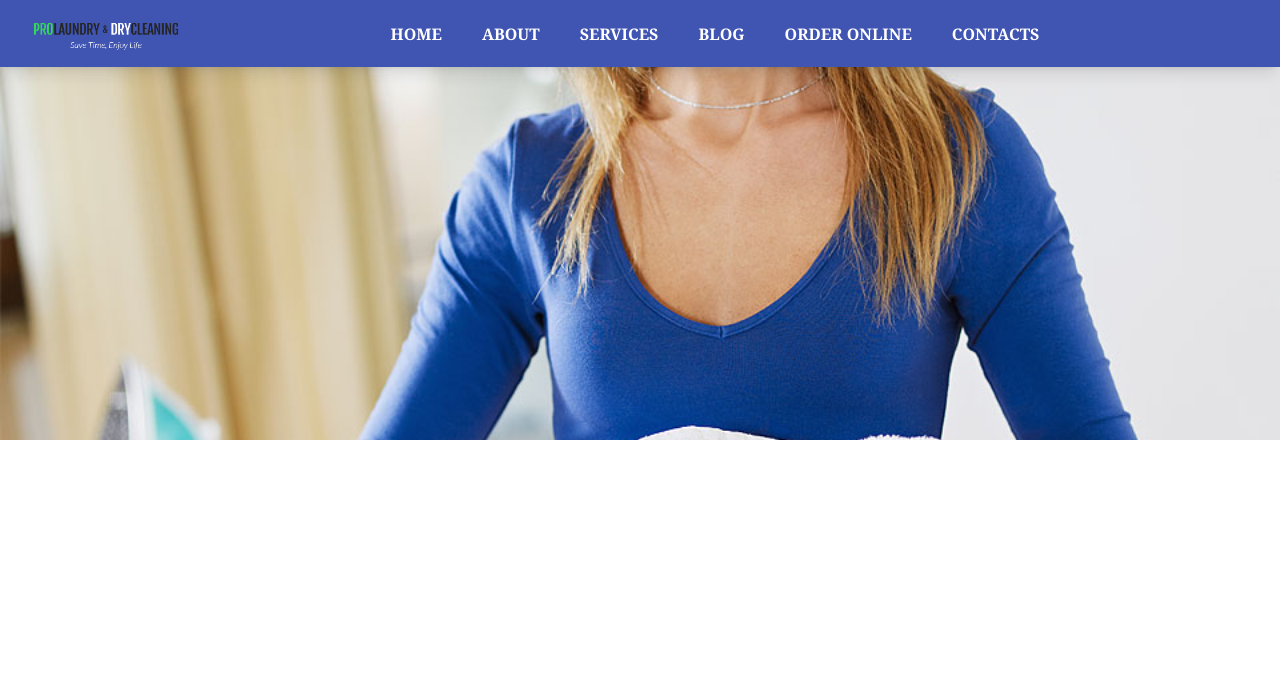
Repository: remydev47/smartlaundry
Page: /
The author's editor kept a copy of each file at every save. The page is drawn from the files as they stood at one save, then again after the next save.
The browser window is 1280 px wide. The pictures show the whole page.
The project was rebuilt for these pictures with package versions that can differ from the ones it lists, and the page was loaded fresh each time. The framework's server and built-in components were replaced by stand-ins that run in the browser. Also part of the build but not shown: next.config.js, components/Services.tsx, components/Steps.tsx, components/Commercial.tsx, components/Prices.tsx, components/Banner.tsx, components/Reasons.tsx, components/Testimonial.tsx and 2 more.

Above is the page before, as saved 2022-10-24 15:08:11.

### pages/_app.tsx
import '../styles/globals.css'
import type { AppProps } from 'next/app'
import Header from '../components/Header'
import Logo from '../components/Logo'

function MyApp({ Component, pageProps }: AppProps) {
  return (
    <>

     <Header />
     <Component {...pageProps} />
    </>
  )
}

export default MyApp

### pages/index.tsx
import type { NextPage } from 'next'
import Head from 'next/head'
import Image from 'next/image'
import { Hero } from '../components'

const Home: NextPage = () => {
  return (
    <div>
      <Head>
        <title>Smart Laundry</title>
        <link rel="icon" href="/favicon.ico" />
      </Head>
      <Hero />


    </div>
  )
}

export default Home

### components/Header.tsx
import React from 'react';
import { navLinks } from '../constants';
import Menupopover from './Menupopover';
import Image from 'next/image';
import Logo from './Logo';

const Header = () => {
  return (
    <header className="fixed inset-x-0 bg-[#4054B2] z-20 flex justify-between items-center py-2 px-2 shadow-lg dark:bg-slate-900 sm:py-3 sm:px-8">
            <div className='flex grow-0 basis-1/3 md:hidden'>
                <Menupopover />
            </div>

             <div className='flex grow-0 justify-center md:justify-start'>
                <Logo />

            </div>


            <ul className="list-none sm:flex hidden justify-center items-center flex-1">
            {navLinks.map((nav, index) => (
                <li
                key={nav.id}
                className={`font-serif font-bold cursor-pointer text-[16px]
                   ${index === navLinks.length - 1 ? 'mr-0' : 'mr-10'}
                  text-white `}
                >
                    <a>{nav.title}</a>
                </li>
            ))}
           </ul>

        </header>
  )
}

export default Header

### components/index.ts
import Hero from "./Hero";
import Services from "./Services";
import Steps from "./Steps";
import Commercial from "./Commercial";
import Prices from "./Prices";
import Banner from "./Banner";
import Reasons from "./Reasons";
import Testimonial from "./Testimonial";
import Pricing from "./Pricing";
import Footer from "./Footer";

export{
    Hero, Services, Steps, Commercial, Prices, Banner, Reasons, Testimonial, Pricing, Footer
}

### constants/index.ts
export const navLinks =[
    {
        id:"home",
        title:"HOME",
    },
    {
        id:"about",
        title:"ABOUT",
    },
    {
        id:"services",
        title:"SERVICES",
    },
    {
        id:"blog",
        title:"BLOG",
    },
    {
        id:"order online",
        title:"ORDER ONLINE",
    },
    {
        id:"contacts",
        title:"CONTACTS",
    },
]

### components/Menupopover.tsx
import React, {useState, Fragment} from 'react';
import { navLinks } from '../constants';
import { IconButton, Button } from './Button';
import { Transition, Dialog } from '@headlessui/react';
import Logo from './Logo';
import Image from 'next/image';

const Menupopover = () => {
  const [isOpen, setIsOpen] = useState(false)

  return (
    <div>
    <IconButton
      variant='ghost'
      aria-label='menu'
      onClick={() => setIsOpen(!isOpen)}
    >
      <svg className='h-6 w-6 ' fill='none' stroke='currentColor'>
        <path
          strokeLinecap='round'
          strokeLinejoin='round'
          strokeWidth={2}
          d='M4 6h16M4 12h16M4 18h16'
        />
      </svg>
    </IconButton>
    <Transition
      show={isOpen}
      appear
      as={Fragment}
      enter='transform transition ease-in-out duration-300'
      enterFrom='-translate-x-full'
      enterTo='translate-x-0'
      leave='transform transition ease-in-out duration-300 delay-200'
      leaveFrom='translate-x-0'
      leaveTo='-translate-x-full'
     >
     <Dialog
       as='div'
       className={`fixed inset-0 z-50`}
       onClose={setIsOpen}
       open={isOpen}
       >
       <Transition.Child
         as={Fragment}
         enter='ease-out duration-300 delay-300'
         enterFrom='opacity-0'
         enterTo='opacity-100'
         leave='ease-in duration-200'
         leaveFrom='opacity-100'
         leaveTo='opacity-0'
       >

        <Dialog.Overlay
          className={`fixed inset-0 bg-black/20 backdrop-blur-sm dark:bg-gray-900/80`}
         />
      </Transition.Child>
       <div className={styles.dialogcontainer}>
        <a className='mx-auto mt-4 flex w-[140px] '>
          <Logo />
        </a>
        <ul
            className={styles.navWrapper2}
         >
            {navLinks.map((nav, index) => (
                <li
                 key={nav.id}
                 className={`font-serif font-bold cursor-pointer text-[16px]
                  mt-2 border-t border-slate-200 py-4 dark:border-slate-600
                  ${index === navLinks.length - 1 ? 'mr-0' : 'mb-4'}
                  text-white `}
                >
                 <a href={`#${nav.id}`}>
                    {nav.title}
                 </a>
                </li>
             ))}
         </ul>

        <IconButton
          variant='ghost'
          aria-label='close menu'
          className='absolute top-5 right-5'
          onClick={() => setIsOpen(false)}
        >
          <svg
            viewBox='0 0 10 10'
            className='h-2.5 w-2.5 overflow-visible'
            aria-hidden='true'
          >
            <path
                d='M0 0L10 10M10 0L0 10'
                fill='none'
                stroke='currentColor'
                strokeWidth='2'
                strokeLinecap='round'
              />
          </svg>
        </IconButton>
       </div>
     </Dialog>
    </Transition>
  </div>
  )
}

export default Menupopover;

const styles ={
  dialogcontainer:`fixed top-0 bottom-0 left-0 w-full max-w-xs rounded-r-xl bg-[#4054B2] p-6 shadow-lg dark:bg-gray-800`,
  menuitems:`group relative flex h-9 items-center oveflow-hidden rounded-md hover:bg-slate-200/50`,
  navWrapper2:`list-none flex flex-col justify-end items-center flex-1`,
}

### components/Logo.tsx
import React from 'react'
import Image from 'next/image'

const Logo = () => {
  return (
    <div className=''>
      <Image
        src="/images/logo.png"
        alt='cleanu'
        height={60}
        width={150}
      />
    </div>
  )
}

export default Logo

### components/Hero.tsx
import React from 'react'
import Image from 'next/image'

const Hero = () => {
  return (
    <section className='relative h-[640px] w-full  bg-blue-500 sm:h-[55vh] md:h-[440px]'>
        <Image
           src='/images/hero1.jpg'
           layout='fill'
           objectFit='cover'
         />
    </section>
  )
}

export default Hero

### components/Button/index.tsx
import React, { forwardRef } from "react";
//import { __DEV__ } from "../../utils/assertions";

type BaseButtonProps = Omit<React.HTMLProps<HTMLButtonElement>, "size">;

/* === Button Element === */

export interface ButtonProps extends BaseButtonProps {
  children: React.ReactNode;
  fullWidth?: boolean;
  className?: string;
  variant?: "solid" | "outline" | "ghost";
  size?: "sm" | "md" | "lg";
  as?: string;
  isExternal?: boolean;
  type?: "button" | "submit" | "reset";
}

export const Button = forwardRef<HTMLButtonElement, ButtonProps>(
  (
    {
      children,
      variant = "solid",
      size = "md",
      fullWidth = false,
      className,
      as = "button",
      isExternal = false,
      ...rest
    },
    ref
  ) => {
    let tempClassNames: string[] = [];

    const sharedClasses = [
      "capitalize",
      "focus:outline-none",
      "focus:ring-2",
      "focus:ring-indigo-400",
      "focus:ring-offset-2",
      "focus:ring-offset-indigo-50",
      "font-semibold",
      "rounded-full",
      "inline-flex",
      "flex-shrink-0",
      "items-center",
      "justify-center",
      "transition-colors",
      "ease-in-out",
      "duration-500",
    ];

    if (fullWidth) sharedClasses.push("w-full");

    // handle variants
    let btnSolid = ["bg-indigo-600", "hover:bg-indigo-700", "text-white"];
    let btnOutline = [
      "dark:text-white",
      "hover:text-indigo-700",
      "hover:dark:text-indigo-700",
      "bg-transparent",
      "hover:bg-indigo-50",
      "border",
      "border-indigo-600",
    ];
    let btnGhost = [
      "bg-transparent",
      "dark:text-white",
      "hover:bg-indigo-50",
      "hover:text-indigo-700",
      "hover:dark:text-indigo-700",
    ];

    if (variant === "solid") {
      tempClassNames = [...sharedClasses, ...btnSolid];
    } else if (variant === "outline") {
      tempClassNames = [...sharedClasses, ...btnOutline];
    } else if (variant === "ghost") {
      tempClassNames = [...sharedClasses, ...btnGhost];
    }

    // handle sizes
    let sizeSm = ["h-8", "px-2", "text-sm"];
    let sizeMd = ["h-10", "px-3"];
    let sizeLg = ["h-12", "px-4", "text-lg"];

    if (size === "sm") {
      tempClassNames = [...tempClassNames, ...sizeSm];
    } else if (size === "md") {
      tempClassNames = [...tempClassNames, ...sizeMd];
    } else if (size === "lg") {
      tempClassNames = [...tempClassNames, ...sizeLg];
    }

    let classes = tempClassNames.join(" ");

    let Element = as ? (
      React.createElement(
        as,
        {
          className: `${classes} ${className}`,
          target: isExternal ? "_blank" : undefined,
          rel: isExternal ? "noopener noreferrer" : undefined,
          ref,
          ...rest,
        },
        children
      )
    ) : (
      <button {...rest} className={`${classes} ${className}`} ref={ref}>
        {children}
      </button>
    );

    return Element;
  }
);

// if (__DEV__) {
//   Button.displayName = "Button";
// }

/* === IconButton Element === */

export interface IconButtonProps extends ButtonProps {
  icon?: React.ReactElement;
  "aria-label": string;
}

export const IconButton = forwardRef<HTMLButtonElement, IconButtonProps>(
  (
    {
      children,
      icon,
      className,
      "aria-label": ariaLabel,
      size = "md",
      ...rest
    },
    ref
  ) => {
    let sharedClasses = ["rounded-full", "!px-0"];

    // handle sizes
    let sizeSm = ["w-8"];
    let sizeMd = ["w-10"];
    let sizeLg = ["w-12"];

    if (size === "sm") {
      sharedClasses = [...sharedClasses, ...sizeSm];
    } else if (size === "md") {
      sharedClasses = [...sharedClasses, ...sizeMd];
    } else if (size === "lg") {
      sharedClasses = [...sharedClasses, ...sizeLg];
    }

    /**
     * Passing the icon as prop or children should work
     */
    const element = icon || children;
    const _children = React.isValidElement(element)
      ? React.cloneElement(element as any, {
          "aria-hidden": true,
          focusable: false,
        })
      : null;

    let classes = sharedClasses.join(" ");
    return (
      <Button
        className={`${classes} ${className}`}
        aria-label={ariaLabel}
        size={size}
        {...rest}
        ref={ref}
      >
        {_children}
      </Button>
    );
  }
)

Loaded but not shown: styles/globals.css (common file); tailwind.config.js (common file)

After the next save:
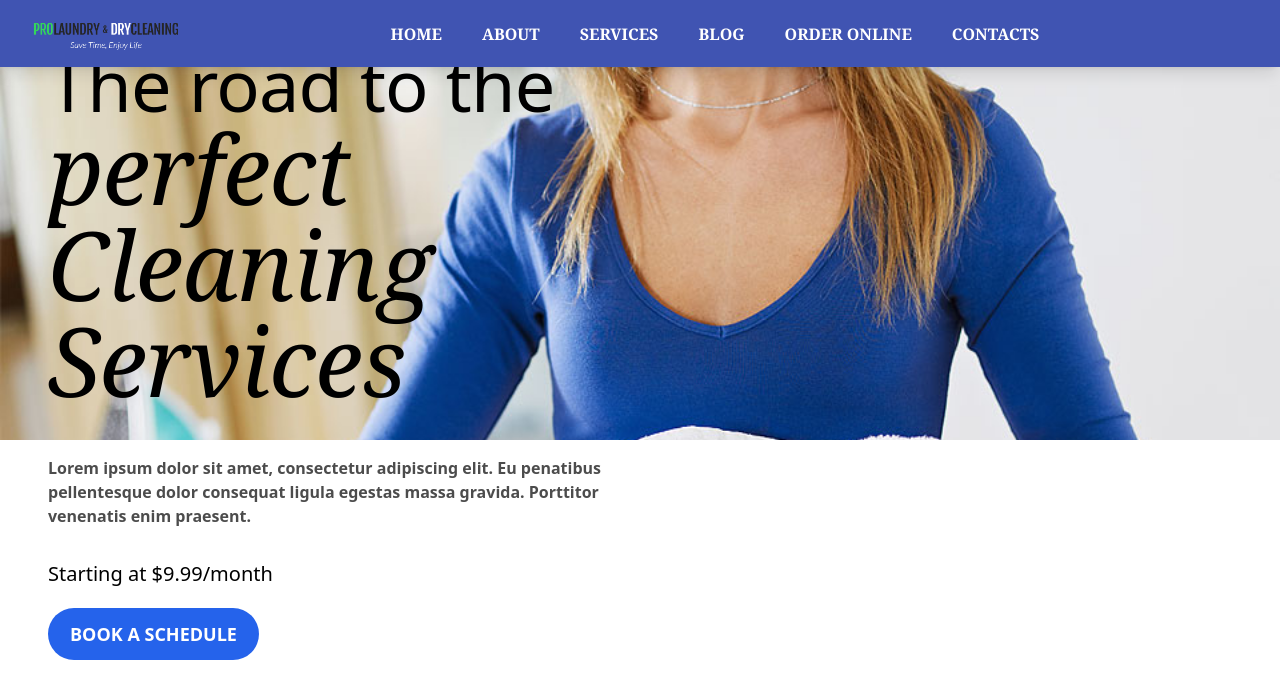
Saved 2 min 58 s later.
--- a/components/Hero.tsx
+++ b/components/Hero.tsx
@@ -9,6 +9,51 @@ const Hero = () => {
            layout='fill'
            objectFit='cover'
          />
+     <div className="relative">
+ <div className="px-6 mx-auto sm:px-8 lg:px-12 max-w-7xl">
+     <div className="w-full lg:w-2/3 xl:w-1/2">
+         <h1 className="font-sans text-base font-bold tracking-tight text-black text-opacity-70">Dont let bad services ruin your Day</h1>
+         <p className="mt-6 tracking-tighter text-black">
+             <span className="font-sans font-normal text-7xl">The road to the</span><br />
+             <span className="font-serif italic font-normal text-8xl">perfect Cleaning Services</span>
+         </p>
+         <p className="mt-12 font-sans text-base font-bold text-black text-opacity-70">Lorem ipsum dolor sit amet, consectetur adipiscing elit. Eu penatibus pellentesque dolor consequat ligula egestas massa gravida. Porttitor venenatis enim praesent.</p>
+         <p className="mt-8 font-sans text-xl font-normal text-black">Starting at $9.99/month</p>
+
+         <div className="flex items-center mt-5 space-x-3 sm:space-x-4">
+             <a
+                 href="#"
+                 title=""
+                 className="
+                     inline-flex
+                     items-center
+                     justify-center
+                     px-5
+                     py-2
+                     font-sans
+                     text-base
+                     font-semibold
+                     transition-all
+                     duration-200
+                     border-2 border-transparent
+                     rounded-full
+                     sm:leading-8
+                     bg-blue-600
+                     sm:text-lg
+                     text-white
+                     hover:bg-opacity-90
+                     focus:outline-none focus:ring-2 focus:ring-offset-2 focus:ring-primary focus:ring-offset-secondary
+                 "
+                 role="button"
+             >
+                 BOOK A SCHEDULE
+             </a>
+
+
+         </div>
+     </div>
+ </div>
+</div>
     </section>
   )
 }
